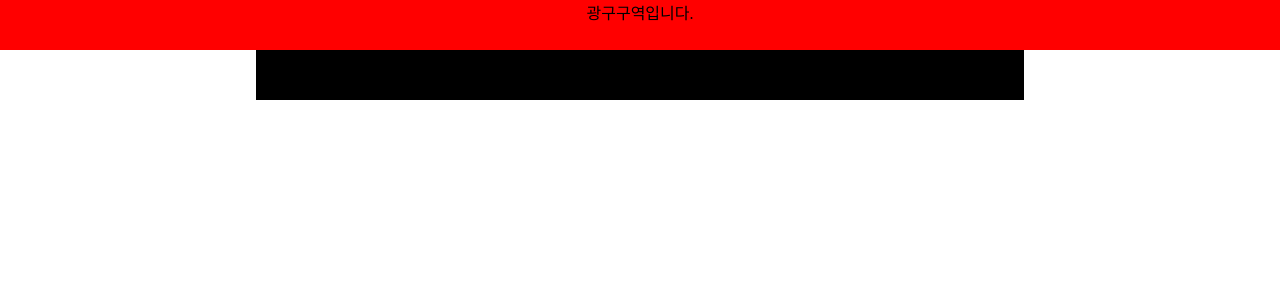
Repository: leehyeonung/myproject
Page: http://localhost/myproject/
The author's editor kept a copy of each file at every save. The page is drawn from the files as they stood at one save, then again after the next save.
The browser window is 1280 px wide. The pictures show the whole page.
The page is served by Tomcat 9.

Above is the page before, as saved 2023-03-15 12:32:54.

### myproject/src/main/webapp/index.jsp
<%@ page language="java" contentType="text/html; charset=EUC-KR"
    pageEncoding="EUC-KR"%>
<!DOCTYPE html>
<html>
<head>
<meta charset="EUC-KR">
<title>index</title>
</head>
<body>
<jsp:include page="header.jsp"></jsp:include>
<section>

</section>
<jsp:include page="footer.jsp"></jsp:include>
</body>
</html>

### myproject/src/main/webapp/header.jsp
<%@ page language="java" contentType="text/html; charset=EUC-KR"
    pageEncoding="EUC-KR"%>
<!DOCTYPE html>
<html>
<head>
<script type="text/javascript" src="/resuorces/js/ad.js"></script>
<meta charset="EUC-KR">
<title>header</title>
<link rel="stylesheet" type="text/css" href="/resources/css/header.css">
</head>
<body>
<div class="ad">
광구구역입니다.
</div>

<header>
<div class="searchbox">
로고 네이버 검색창~
</div>

<nav>
</nav>
</header>
</body>
</html>

### myproject/src/main/webapp/footer.jsp
<%@ page language="java" contentType="text/html; charset=EUC-KR"
    pageEncoding="EUC-KR"%>
<!DOCTYPE html>
<html>
<head>
<meta charset="EUC-KR">
<title>footer</title>
</head>
<body>

</body>
</html>

### myproject/src/main/webapp/resources/js/ad.js
function close_ad() {
    document.getElementById("ad").style.display='none';
}

### myproject/src/main/webapp/resources/css/header.css
*{
	text-align:center;
	margin: 0px;
	padding: 0px;
	position:fixed;
	left: 20%;
}

header{
	width:60%;
}


.ad{
	left:0px;
	top:0px;
	width:100%;
	height: 50px;
	background-color: red;
}
.searchbox{
	top:50px;
	width:60%;
	margin:0px;
	height: 50px;
	background-color: black;
}

After the next save:
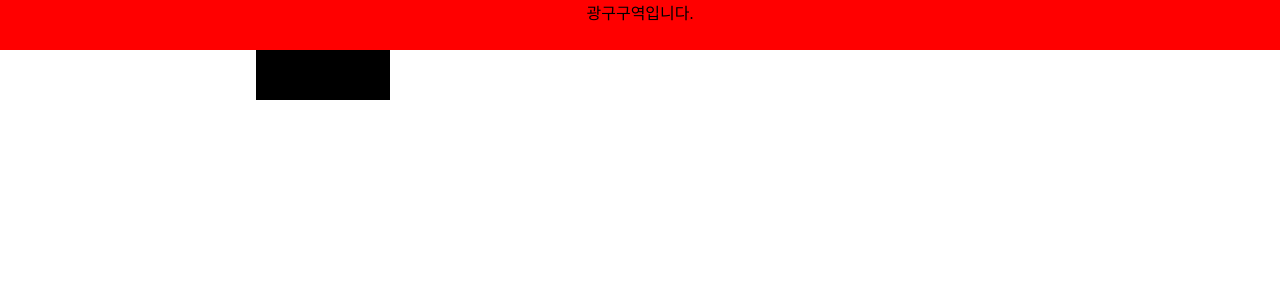
Saved 8 s later.
--- a/myproject/src/main/webapp/resources/css/header.css
+++ b/myproject/src/main/webapp/resources/css/header.css
@@ -20,7 +20,6 @@ header{
 }
 .searchbox{
 	top:50px;
-	width:60%;
 	margin:0px;
 	height: 50px;
 	background-color: black;
